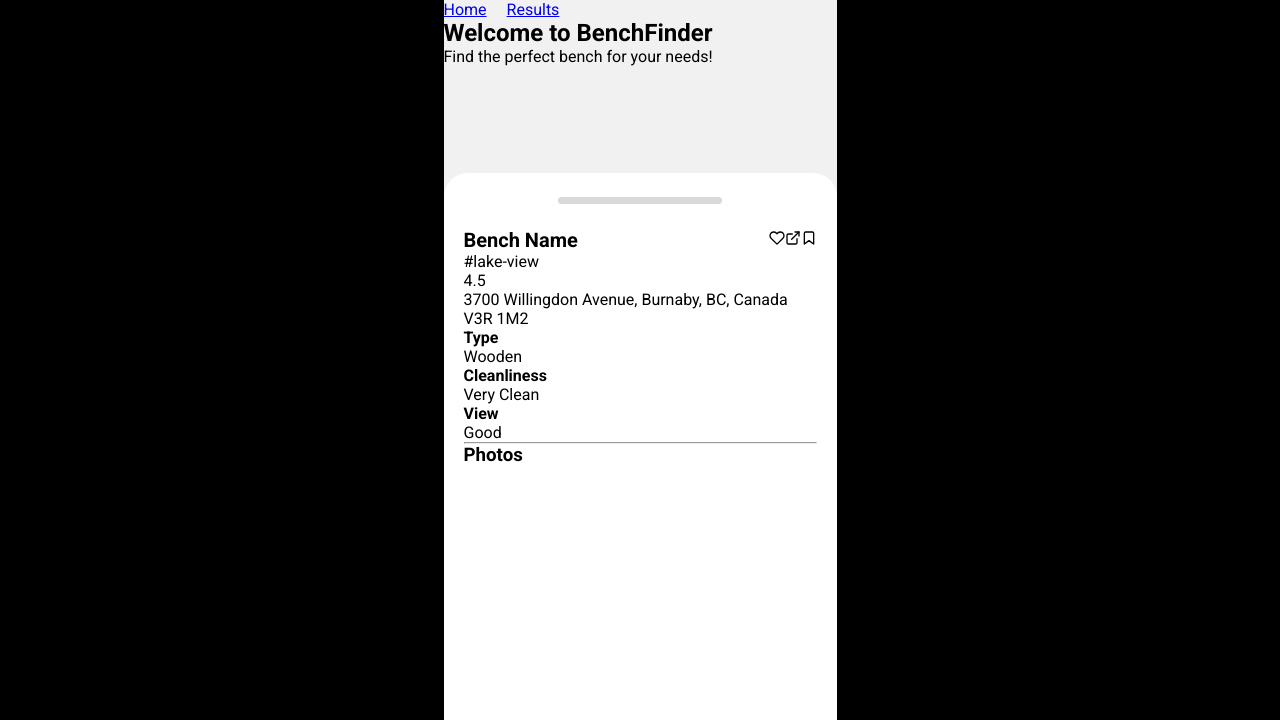
Repository: HidayatPatil/BenchFinder
Page: /
The author's editor kept a copy of each file at every save. The page is drawn from the files as they stood at one save, then again after the next save.
The browser window is 1280 px wide. The pictures show the whole page.
The project was rebuilt for these pictures with package versions that can differ from the ones it lists, and the page was loaded fresh each time. Also part of the build but not shown: vite.config.js, src/Results.jsx.

Above is the page before, as saved 2025-10-09 21:16:13.

### index.html
<!doctype html>
<html lang="en">
  <head>
    <meta charset="UTF-8" />
    <link rel="icon" type="image/svg+xml" href="/vite.svg" />
    <meta name="viewport" content="width=device-width, initial-scale=1.0" />
    <title>benchfinder</title>
  </head>
  <body>
    <div id="root"></div>
    <script type="module" src="/src/main.jsx"></script>
  </body>
</html>

### src/index.css
@import url('https://fonts.googleapis.com/css2?family=Roboto:wght@400;700&display=swap');

/* Reset default margins and padding */
* {
    margin: 0;
    padding: 0;
    box-sizing: border-box;
}

body, html {
    width: 100%;
    height: 100%;
    overflow: hidden;
    background-color: black;
    display: flex;
    justify-content: center;
    align-items: center;
    font-family: 'Roboto', sans-serif;
}

#root {
    width: 393px;
    min-width: 320px;
    max-width: 425px;
    height: 100vh;
    background-color: rgb(0, 0, 0);
    position: relative;
}

.app_body {
    width: 393px;
    min-width: 320px;
    max-width: 425px;
    height: 100%;
    background-color: #F1F1F1;
    margin: 0 auto;
    position: relative;
}

.drawer_container {
    height: 547px;
    position: absolute;
    bottom: 0;
    padding: 0 20px;
    background-color: #FFFFFF;
    border-radius: 24px 24px 0 0;
}

.drawer_handle {
    width: 164px;
    height: 7px;
    border-radius: 100px;
    background-color: #D9D9D9;
    margin: 24px auto;
}

.metadata_name_options {
    display: flex;
    justify-content: space-between;
    align-items: center;

    h2 {
        font-size: 20px;
        font-weight: 600;
    }

    .option_icons {
        height: 24px;
        width: 24px;
    }
}

### src/App.jsx
import { Routes, Route, Link } from 'react-router-dom'
import Result from './Results'
import Home from './Home'

export default function App(){
  return (
    <div className="app_body">
      {/* <h1 className="container">BenchFinder App</h1> */}
      <nav>
        <Link to="/" style={{ marginRight: '20px' }}>Home</Link>
        <Link to="/results">Results</Link>
      </nav>

      <Routes>
        <Route path="/" element={<Home />} />
        <Route path="/results" element={<Result />} />
      </Routes>
    </div>
  )
}

### src/Home.jsx
import ContentDrawer from "./components/contentDrawer"

export default function Home() {
  return (
    <div>
      <h2>Welcome to BenchFinder</h2>
      <p>Find the perfect bench for your needs!</p>
      <div className="google_maps">
        <img />
      </div>
      <ContentDrawer />
    </div>
  )
}

### src/components/contentDrawer.jsx
import { FiHeart } from "react-icons/fi";
import { FiExternalLink } from "react-icons/fi";
import { FiBookmark } from "react-icons/fi";

export default function ContentDrawer() {
  return (
    <div className="drawer_container">
      <div className="drawer_handle"></div>
      <div className="bench_data">
        <div className="data_metadata">
          <div className="metadata_name_options">
            <h2>Bench Name</h2>
            <div className="bench_metadata_options">
                <FiHeart />
                <FiExternalLink />
                <FiBookmark />
            </div>
          </div>
          <div className="metadata_tags_rating">
            <div className="bench_tags">#lake-view</div>
            <div className="bench_rating">4.5</div>
          </div>
          <p className="metadata_address">
            3700 Willingdon Avenue, Burnaby, BC, Canada V3R 1M2
          </p>
        </div>
        <div className="data_bench_overview">
          <div className="bench_type">
            <h4 className="overview_title">Type</h4>
            <p className="overview_content">Wooden</p>
          </div>
          <div className="bench_cleanliness">
            <h4 className="overview_title">Cleanliness</h4>
            <p className="overview_content">Very Clean</p>
          </div>
          <div className="bench_view">
            <h4 className="overview_title">View</h4>
            <p className="overview_content">Good</p>
          </div>
        </div>
      </div>
      <hr />
      <div className="bench_photos">
        <div className="photos_heading">
          <h3>Photos</h3>
          {/* <img "add plus icon" />  */}
        </div>
        <div className="photos_gallery">
          <div className="gallery_image"></div>
          <div className="gallery_image"></div>
          <div className="gallery_image"></div>
        </div>
      </div>
    </div>
  );
}

Loaded but not shown: src/main.jsx (common file)

After the next save:
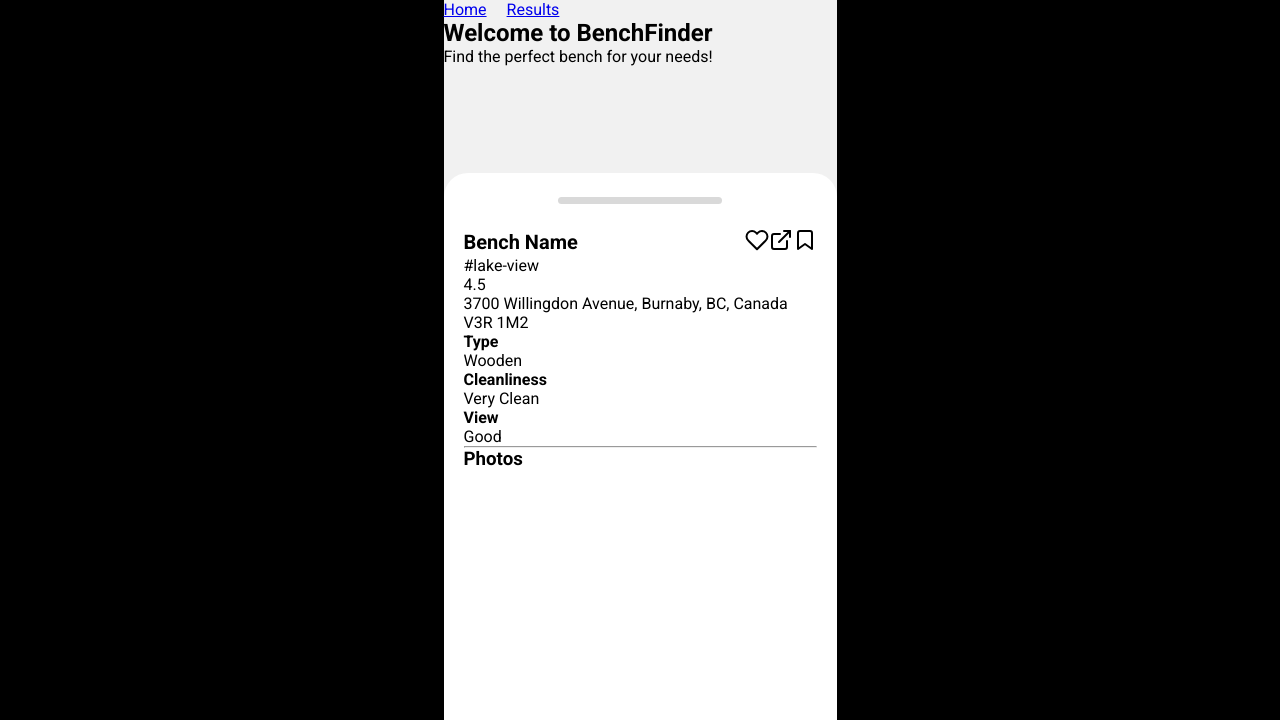
Saved 89 s later.
--- a/src/components/contentDrawer.jsx
+++ b/src/components/contentDrawer.jsx
@@ -1,6 +1,7 @@
 import { FiHeart } from "react-icons/fi";
 import { FiExternalLink } from "react-icons/fi";
 import { FiBookmark } from "react-icons/fi";
+import { IconContext } from "react-icons";
 
 export default function ContentDrawer() {
   return (
@@ -11,9 +12,9 @@ export default function ContentDrawer() {
           <div className="metadata_name_options">
             <h2>Bench Name</h2>
             <div className="bench_metadata_options">
-                <FiHeart />
-                <FiExternalLink />
-                <FiBookmark />
+                <FiHeart className="option_icons"/>
+                <FiExternalLink className="option_icons"/>
+                <FiBookmark className="option_icons"/>
             </div>
           </div>
           <div className="metadata_tags_rating">
